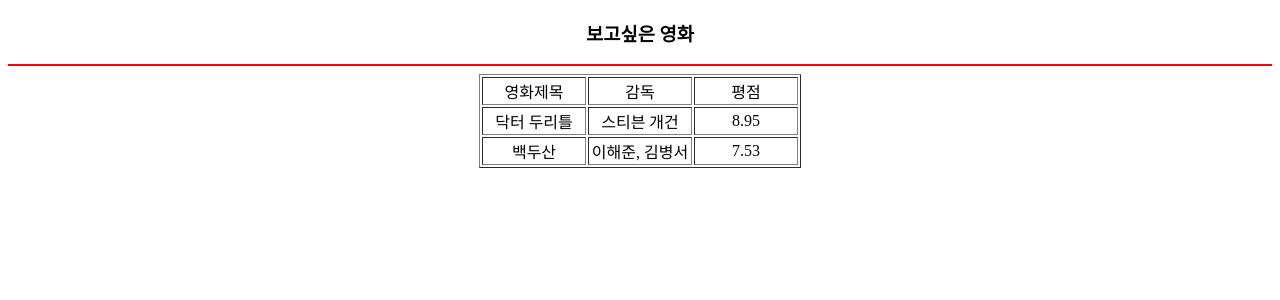
Repository: ujin2021/jsp_study
Page: jsp01/WebContent/table.html
An editor plug-in stored every save of this project. The page is shown before and after the next save, followed by the edit.
The browser window is 1280 px wide. The pictures show the whole page.

Above is the page before, as saved 2020-01-11 08:46:57.

After the next save:
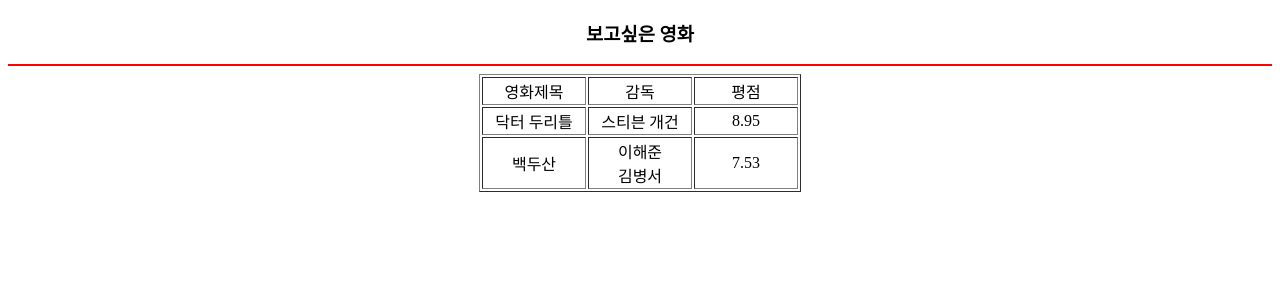
Saved 42 s later.
--- a/jsp01/WebContent/table.html
+++ b/jsp01/WebContent/table.html
@@ -26,7 +26,7 @@
 	</tr>
 	<tr align="center">
 		<td width="100">백두산</td>
-		<td width="100">이해준, 김병서</td>
+		<td width="100">이해준<br>김병서</td>
 		<td width="100">7.53</td>
 	</tr>
 </table>
